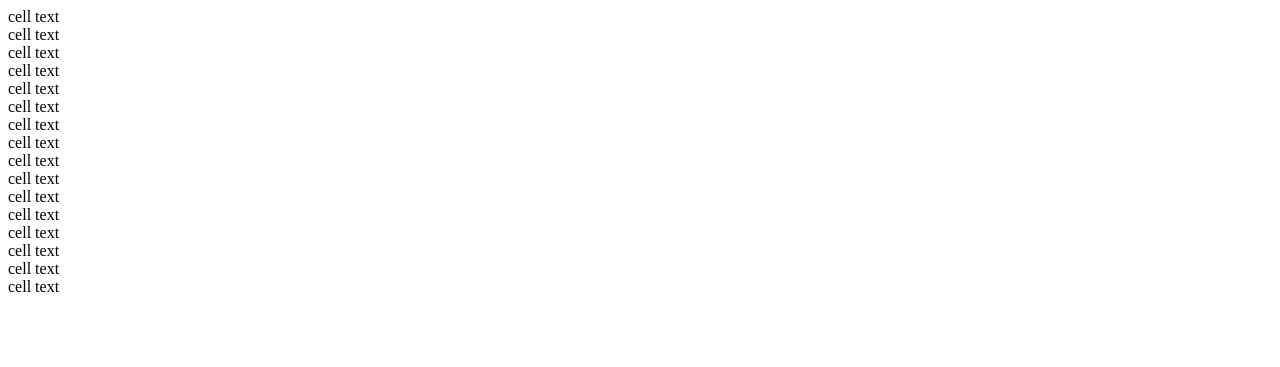
Repository: weazzyefff/Project-Etch-A-Sketch
Page: index.html
An editor plug-in stored every save of this project. The page is shown before and after the next save, followed by the edit.
The browser window is 1280 px wide. The pictures show the whole page.

Above is the page before, as saved 2022-11-29 19:58:33.

After the next save:
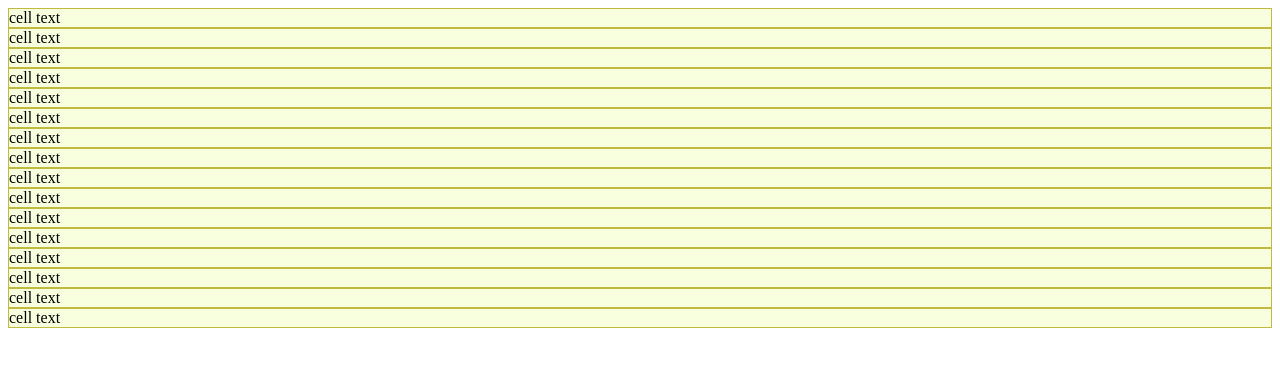
Saved 56 s later.
--- a/style.css
+++ b/style.css
@@ -1,3 +1,9 @@
 #grid {
     display: grid
 }
+
+
+.cell {
+    border: 1px solid #c2ba3c;
+    background: #f8ffde;
+  }
